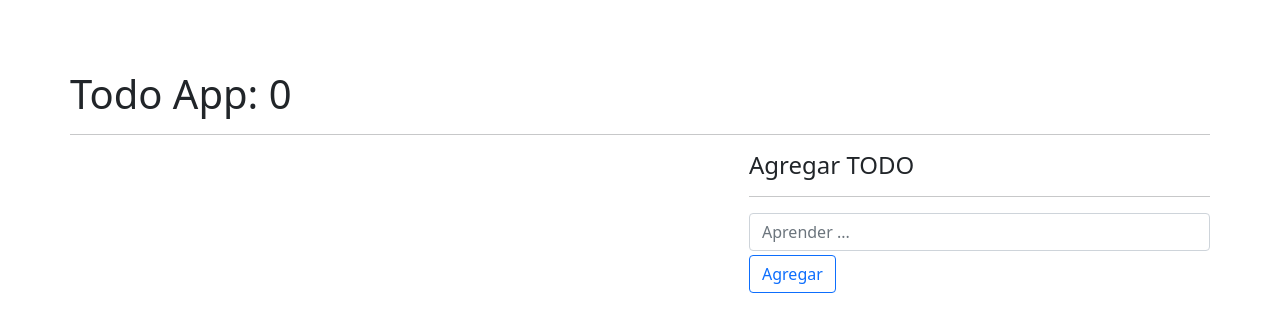
Repository: ppfeliuu/hooks-app
Page: /
The author's editor kept a copy of each file at every save. The page is drawn from the files as they stood at one save, then again after the next save.
The browser window is 1280 px wide. The pictures show the whole page.
The project was rebuilt for these pictures with package versions that can differ from the ones it lists, and the page was loaded fresh each time. Also part of the build but not shown: src/components/08-useReducer/TodoListItem.js.

Above is the page before, as saved 2021-05-30 13:36:36.

### public/index.html
<!DOCTYPE html>
<html lang="en">
  <head>
    <meta charset="utf-8" />
    <link rel="icon" href="%PUBLIC_URL%/favicon.ico" />
    <meta name="viewport" content="width=device-width, initial-scale=1" />
    <meta name="theme-color" content="#000000" />
    <meta
      name="description"
      content="Web site created using create-react-app"
    />
    <link rel="apple-touch-icon" href="%PUBLIC_URL%/logo192.png" />
    <!--
      manifest.json provides metadata used when your web app is installed on a
      user's mobile device or desktop. See https://developers.google.com/web/fundamentals/web-app-manifest/
    -->
    <link rel="manifest" href="%PUBLIC_URL%/manifest.json" />
    <!--
      Notice the use of %PUBLIC_URL% in the tags above.
      It will be replaced with the URL of the `public` folder during the build.
      Only files inside the `public` folder can be referenced from the HTML.

      Unlike "/favicon.ico" or "favicon.ico", "%PUBLIC_URL%/favicon.ico" will
      work correctly both with client-side routing and a non-root public URL.
      Learn how to configure a non-root public URL by running `npm run build`.
    -->
    <link
      href="https://cdn.jsdelivr.net/npm/bootstrap@5.0.1/dist/css/bootstrap.min.css"
      rel="stylesheet"
      integrity="sha384-+0n0xVW2eSR5OomGNYDnhzAbDsOXxcvSN1TPprVMTNDbiYZCxYbOOl7+AMvyTG2x"
      crossorigin="anonymous"
    />
    <title>Hooks App</title>
  </head>
  <body>
    <noscript>You need to enable JavaScript to run this app.</noscript>
    <div id="root"></div>
    <!--
      This HTML file is a template.
      If you open it directly in the browser, you will see an empty page.

      You can add webfonts, meta tags, or analytics to this file.
      The build step will place the bundled scripts into the <body> tag.

      To begin the development, run `npm start` or `yarn start`.
      To create a production bundle, use `npm run build` or `yarn build`.
    -->
  </body>
</html>

### src/index.js
import React from "react";
import ReactDOM from "react-dom";
// import { Padre } from "./components/07-tarea-memo/Padre";
// import { CallBackHook } from "./components/06-memos/CallBackHook";
// import { MemoHook } from "./components/06-memos/MemoHooks";
// import { CounterApp } from "./components/01-useState/CounterApp";
// import { CounterWithCustomHook } from "./components/01-useState/CounterWithCustomHook";
// import { FormWithCustomHook } from "./components/02-useEffect/FormWithCustomHook";
// import { SimpleForm } from "./components/02-useEffect/SimpleForm";
// import { FocusScreen } from "./components/04-useRef/FocusScreen";
// import { RealExampleRef } from "./components/04-useRef/RealExampleRef";
// import { LayoutEffects } from "./components/05-useLayoutEffect/LayoutEffect";
// import { MultipleCustomHooks } from "./components/examples/MultipleCustomHooks";
// import { HookApp } from "./HookApp";
// import { Memorize } from "./components/06-memos/Memorize";
import { TodoApp } from "./components/08-useReducer/TodoApp";

ReactDOM.render(<TodoApp />, document.getElementById("root"));
// import "./components/08-useReducer/intro-reducer";

### src/components/08-useReducer/TodoApp.js
import React, { useReducer, useEffect } from "react";
import "./styles.css";
import { todoReducer } from "./todoReducer";
import { TodoList } from "./TodoList";
import { TodoAdd } from "./TodoAdd";

const init = () => {
  /* return {
    id: new Date().getTime(),
    desc: "Aprender react",
    done: false,
  }; */
  return JSON.parse(localStorage.getItem("todos")) || [];
};

export const TodoApp = () => {
  const [todos, dispatch] = useReducer(todoReducer, [], init);

  // console.log(description);

  useEffect(() => {
    localStorage.setItem("todos", JSON.stringify(todos));
  }, [todos]);

  const handleDelete = (todoId) => {
    const action = {
      type: "delete",
      payload: todoId,
    };

    dispatch(action);
  };

  const handleToogle = (todoId) => {
    dispatch({
      type: "toogle",
      payload: todoId,
    });
  };

  const handleAddTodo = (newTodo) => {
    dispatch({
      type: "add",
      payload: newTodo,
    });
  };

  return (
    <div>
      <h1>Todo App: {todos.length}</h1>
      <hr />

      <div className="row">
        <div className="col-7">
          <TodoList
            todos={todos}
            handleDelete={handleDelete}
            handleToogle={handleToogle}
          />
        </div>

        <div className="col-5">
          <TodoAdd handleAddTodo={handleAddTodo} />
        </div>
      </div>
    </div>
  );
};

### src/components/08-useReducer/styles.css
body {
  padding: 70px;
}

p {
  cursor: pointer;
  margin: 0px;
}

.list-group-item {
  display: flex;
  align-items: center;
  justify-content: space-between;
}

.complete {
  text-decoration: line-through;
}

### src/components/08-useReducer/todoReducer.js
export const todoReducer = (state = [], action) => {
  switch (action.type) {
    case "add":
      return [...state, action.payload];
    case "delete":
      return state.filter((todo) => todo.id !== action.payload);
    case "toogle":
      return state.map((todo) =>
        todo.id === action.payload
          ? {
              ...todo,
              done: !todo.done,
            }
          : todo
      );
    case "toogle-ol":
      return state.map((todo) => {
        if (todo.id === action.payload) {
          return { ...todo, done: !todo.done };
        } else {
          return todo;
        }
      });
    default:
      return state;
  }
};

### src/components/08-useReducer/TodoList.js
import React from "react";
import { TodoListItem } from "./TodoListItem";

export const TodoList = ({ todos, handleDelete, handleToggle }) => {
  return (
    <ul className="list-group list-group-flush">
      {todos.map((todo, i) => (
        <TodoListItem
          key={todo.id}
          todo={todo}
          index={i}
          handleDelete={handleDelete}
          handleToggle={handleToggle}
        />
      ))}
    </ul>
  );
};

### src/components/08-useReducer/TodoAdd.js
import React from "react";
import { useForm } from "../../hooks/useForm";

export const TodoAdd = ({ handleAddTodo }) => {
  const [{ description }, handleInputChange, reset] = useForm({
    description: "",
  });

  const handleSubmit = (e) => {
    e.preventDefault();

    if (description.trim().length <= 1) {
      return;
    }

    const newTodo = {
      id: new Date().getTime(),
      desc: description,
      done: false,
    };

    handleAddTodo(newTodo);
    reset();
  };

  return (
    <>
      <h4>Agregar TODO</h4>
      <hr />

      <form onSubmit={handleSubmit}>
        <input
          type="text"
          name="description"
          className="form-control"
          placeholder="Aprender ..."
          autoComplete="off"
          value={description}
          onChange={handleInputChange}
        />

        <button
          type="submit"
          className="btn btn-outline-primary mt-1 btn-block"
        >
          Agregar
        </button>
      </form>
    </>
  );
};

### src/hooks/useForm.js
import { useState } from "react";

export const useForm = (initialState = {}) => {
  const [values, setvalues] = useState(initialState);

  const reset = () => {
    setvalues(initialState);
  };

  const handleInputChange = (e) => {
    e.preventDefault();
    setvalues({
      ...values,
      [e.target.name]: e.target.value,
    });
  };

  return [values, handleInputChange, reset];
};

### src/components/09-useContext/MainApp.js
import React from "react";

export const MainApp = () => {
  return (
    <div>
      <h1>Main Screen</h1>
      <hr />
    </div>
  );
};

After the next save:
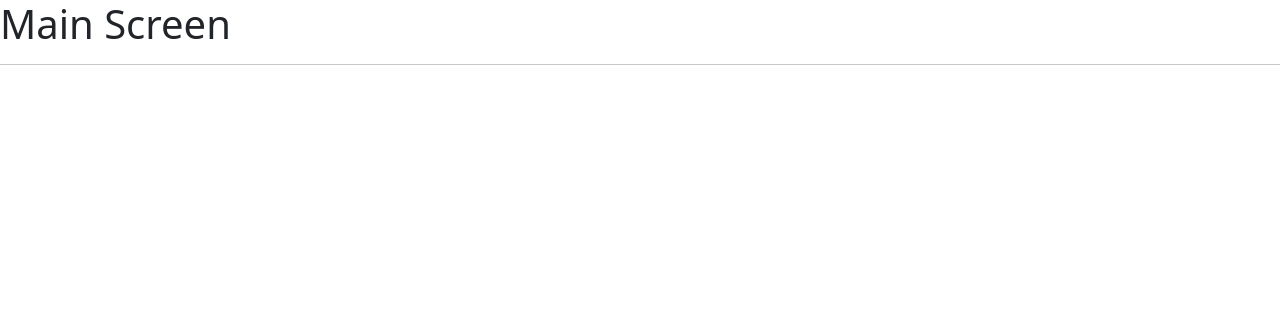
Saved 13 s later.
--- a/src/index.js
+++ b/src/index.js
@@ -13,7 +13,8 @@ import ReactDOM from "react-dom";
 // import { MultipleCustomHooks } from "./components/examples/MultipleCustomHooks";
 // import { HookApp } from "./HookApp";
 // import { Memorize } from "./components/06-memos/Memorize";
-import { TodoApp } from "./components/08-useReducer/TodoApp";
+// import { TodoApp } from "./components/08-useReducer/TodoApp";
+import { MainApp } from "./components/09-useContext/MainApp";
 
-ReactDOM.render(<TodoApp />, document.getElementById("root"));
+ReactDOM.render(<MainApp />, document.getElementById("root"));
 // import "./components/08-useReducer/intro-reducer";
